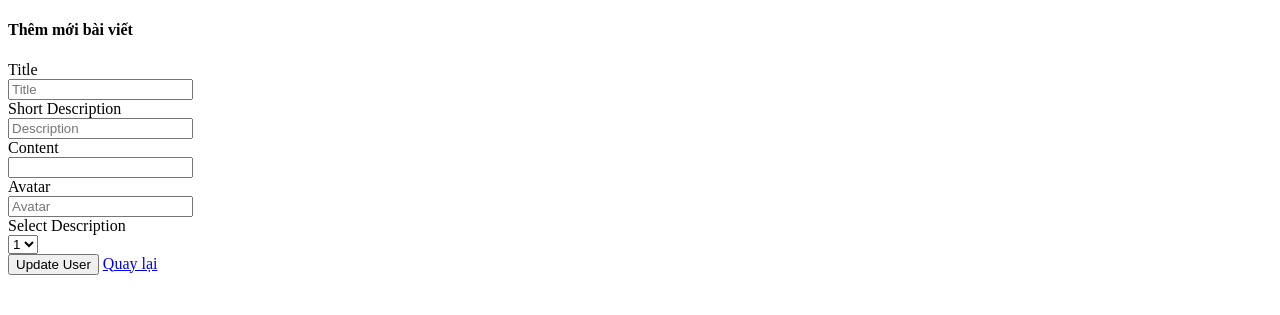
Repository: Hai1820/News
Page: http://localhost/Servlet-Basic/views/admin/news/list-edit.jsp
An editor plug-in stored every save of this project. The page is shown before and after the next save, followed by the edit.
The browser window is 1280 px wide. The pictures show the whole page.
The page is served by Tomcat 9. Nobody is signed in. The application's start-up code is not run. Other server files are loaded and not shown.

Above is the page before, as saved 2021-07-15 03:07:26.

### Servlet-Basic/src/main/webapp/views/admin/news/list-edit.jsp
<%@ page language="java" contentType="text/html; charset=UTF-8"
	pageEncoding="UTF-8"%>
<!DOCTYPE html>
<html>
<head>
<meta charset="UTF-8">
<title>Insert title here</title>
</head>
<body>

	<div class="row bg-title">
		<div class="col-lg-3 col-md-4 col-sm-4 col-xs-12">
			<h4 class="page-title">Thêm mới bài viết</h4>
		</div>
	</div>
	<!-- /.row -->
	<!-- .row -->
	<div class="row">
		<div class="col-md-2 col-12"></div>
		<div class="col-md-8 col-xs-12">
			<div class="white-box">
				<form method="post" action="" class="form-horizontal form-material">
					<input type="hidden" name="id" value=""
						class="form-control form-control-line">
					<div class="form-group">
						<label class="col-md-12">Title</label>
						<div class="col-md-12">
							<input value="" name="title" type="text"
								placeholder="Title"
								class="form-control form-control-line">
						</div>
					</div>
					<div class="form-group">
						<label  class="col-md-12">Short Description</label>
						<div class="col-md-12">
							<input value="" name="Short Description" type="text"
								placeholder="Description"
								class="form-control form-control-line" >
						</div>
					</div>
					<div class="form-group">
						<label class="col-md-12">Content</label>
						<div class="col-md-12">
							<input value="" name="Content" type="textarea" value="password"
								class="form-control form-control-line">
						</div>
					</div>
					<div class="form-group">
						<label class="col-md-12">Avatar</label>
						<div class="col-md-12">
							<input value="" type="text" placeholder="Avatar" name="avatar"
								class="form-control form-control-line">
						</div>
					</div>

					<div class="form-group">
						<label class="col-sm-12">Select Description</label>
						<div class="col-sm-12">
							<select name="roleId" class="form-control form-control-line">
								<option>1</option>
							</select>
						</div>
					</div>
					<div class="form-group">
						<div class="col-sm-12">
							<button type="submit" class="btn btn-success">Update
								User</button>
							<a href="#" class="btn btn-primary">Quay lại</a>
						</div>
					</div>
				</form>
			</div>
		</div>
		<div class="col-md-2 col-12"></div>
	</div>

</body>
</html>

After the next save:
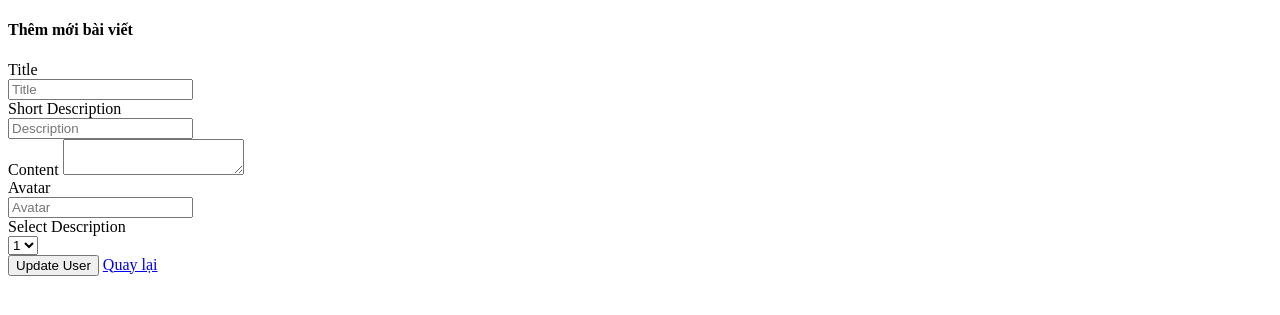
Saved 2 min 19 s later.
--- a/Servlet-Basic/src/main/webapp/views/admin/news/list-edit.jsp
+++ b/Servlet-Basic/src/main/webapp/views/admin/news/list-edit.jsp
@@ -25,25 +25,20 @@
 					<div class="form-group">
 						<label class="col-md-12">Title</label>
 						<div class="col-md-12">
-							<input value="" name="title" type="text"
-								placeholder="Title"
+							<input value="" name="title" type="text" placeholder="Title"
 								class="form-control form-control-line">
 						</div>
 					</div>
 					<div class="form-group">
-						<label  class="col-md-12">Short Description</label>
+						<label class="col-md-12">Short Description</label>
 						<div class="col-md-12">
 							<input value="" name="Short Description" type="text"
-								placeholder="Description"
-								class="form-control form-control-line" >
+								placeholder="Description" class="form-control form-control-line">
 						</div>
 					</div>
-					<div class="form-group">
+					<div class="input-group">
 						<label class="col-md-12">Content</label>
-						<div class="col-md-12">
-							<input value="" name="Content" type="textarea" value="password"
-								class="form-control form-control-line">
-						</div>
+						<textarea class="form-control" aria-label="With textarea"></textarea>
 					</div>
 					<div class="form-group">
 						<label class="col-md-12">Avatar</label>
